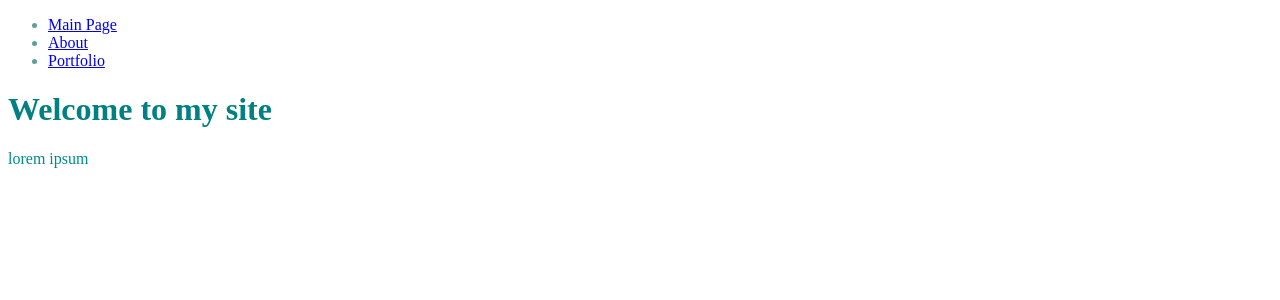
Repository: MelindaN14/My-Personal-Website
Page: index.html
An editor plug-in stored every save of this project. The page is shown before and after the next save, followed by the edit.
The browser window is 1280 px wide. The pictures show the whole page.

Above is the page before, as saved 2024-03-18 20:02:54.

### index.html
<!DOCTYPE html>
<html lang="en">
  <head>
    <meta charset="UTF-8" />
    <meta name="viewport" content="width=device-width, initial-scale=1.0" />
    <link rel="stylesheet" a href="style.css">
    <title>Main</title>
    <header>
      <nav>
        <ul>
          <li><a href="index.html">Main Page</a></li>
          <li><a href="about.html">About</a></li>
          <li><a href="portfolio.html">Portfolio</a></li>
        </ul>
      </nav>
    </header>
  </head>
  <h1>Welcome to my site</h1>
  <p>lorem ipsum</p>
  <body></body>
</html>

### style.css
h1{
    color:teal
}
p{
color:darkcyan

}

nav{
    color: cadetblue;
}
background{

}

After the next save:
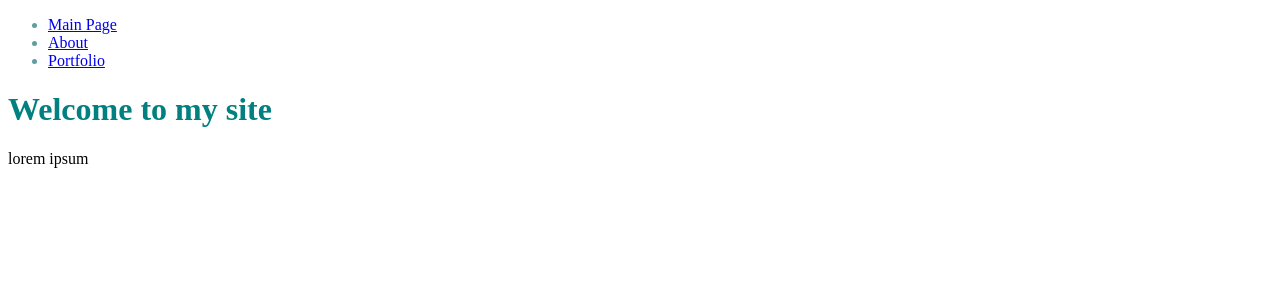
Saved 4 s later.
--- a/style.css
+++ b/style.css
@@ -3,7 +3,7 @@ h1{
 }
 p{
 color:darkcyan
-
+width:
 }
 
 nav{
